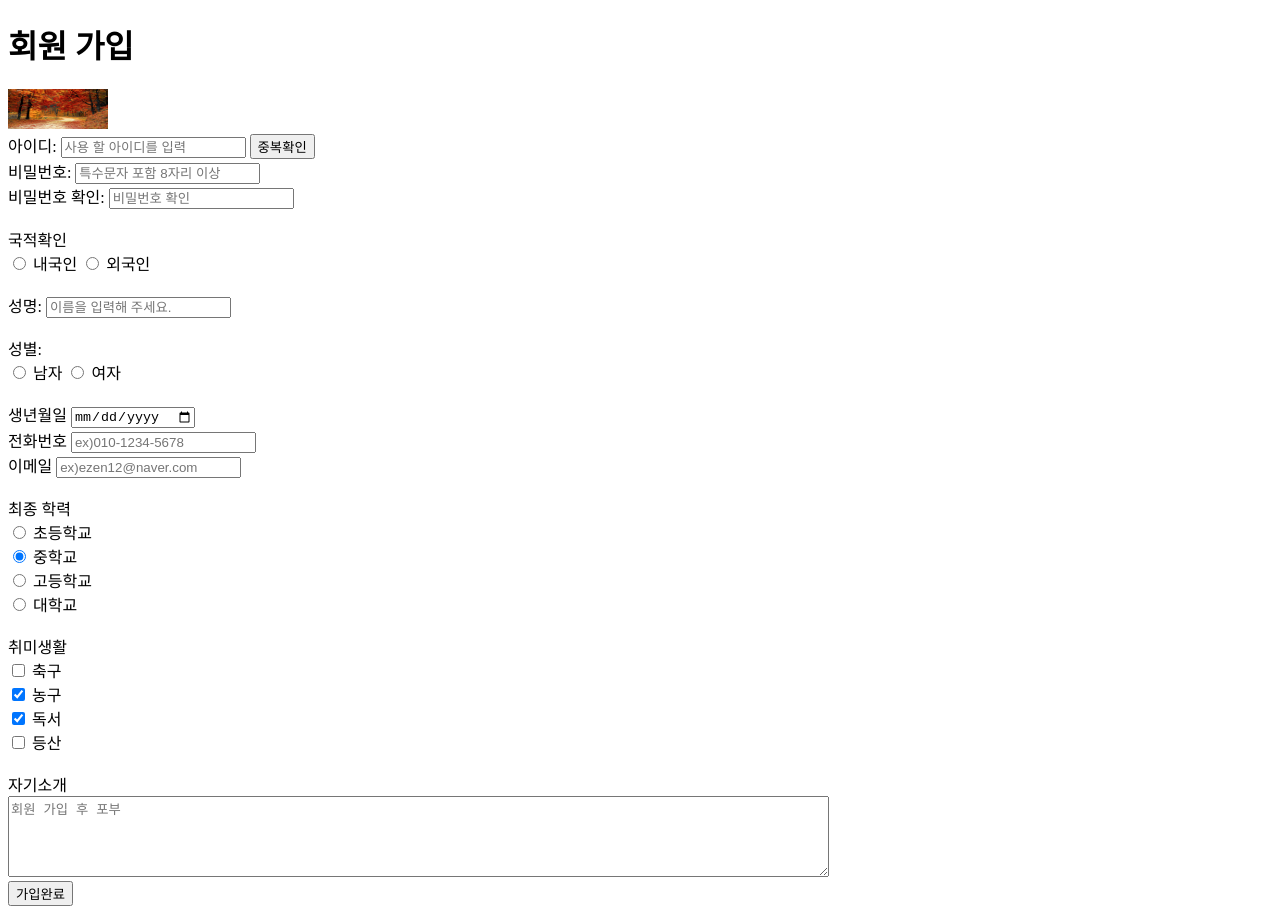
Repository: Chojaejun/javastudy
Page: HelloWorld/WebContent/Test5.html
An editor plug-in stored every save of this project. The page is shown before and after the next save, followed by the edit.
The browser window is 1280 px wide. The pictures show the whole page.

Above is the page before, as saved 2020-12-07 03:59:38.

After the next save:
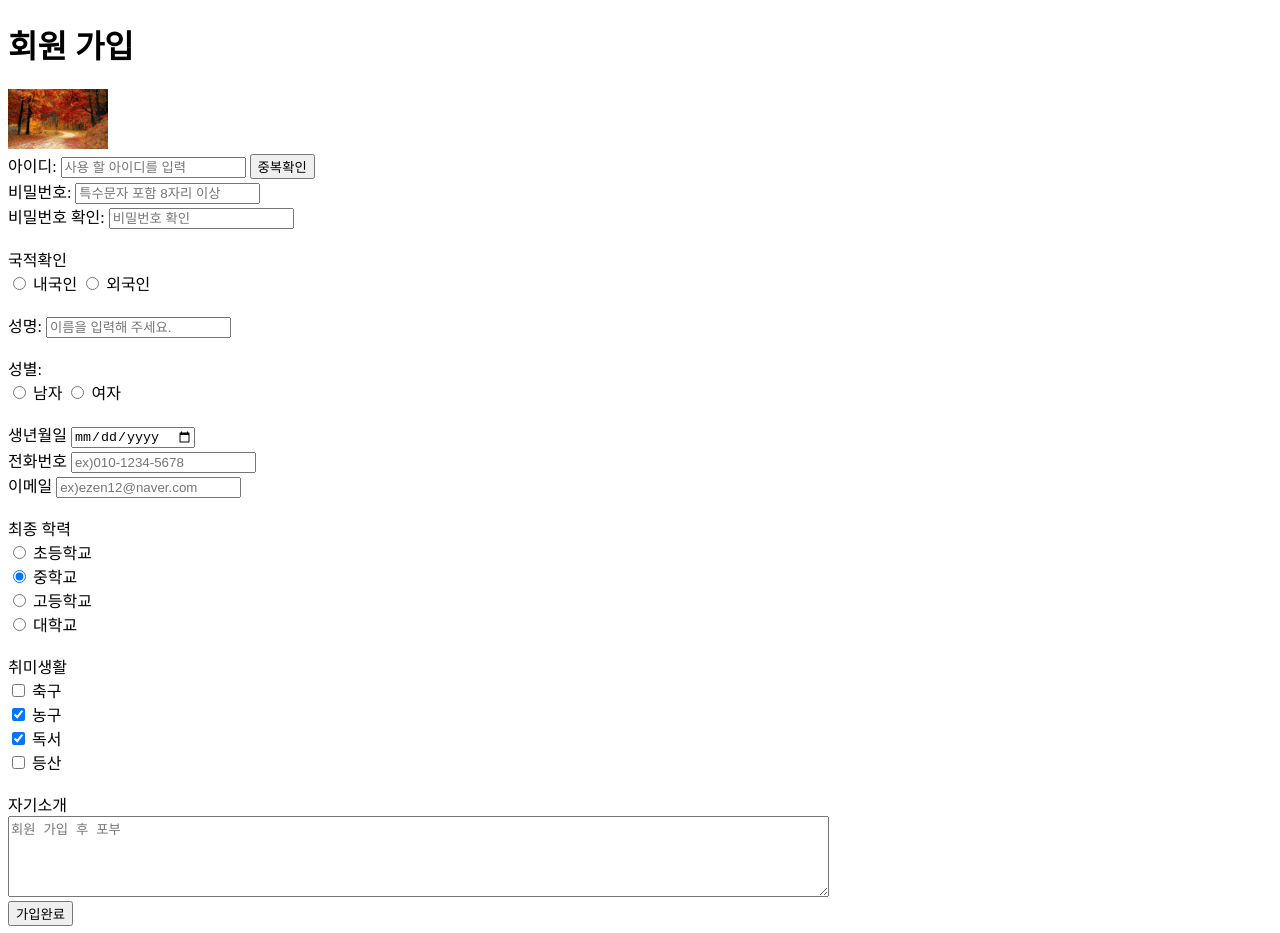
Saved 13 s later.
--- a/HelloWorld/WebContent/Test5.html
+++ b/HelloWorld/WebContent/Test5.html
@@ -6,7 +6,7 @@
 </head>
 <body>
 <h1>회원 가입</h1>
-<img alt="4k 이미지" src="test.jpg" width="100" height="40">
+<img alt="4k 이미지" src="test.jpg" width="100" height="60">
 <form action="Test6.html" method="post">
 <label for="id">아이디: </label>
 <input id="id" name="id" placeholder="사용 할 아이디를 입력">
